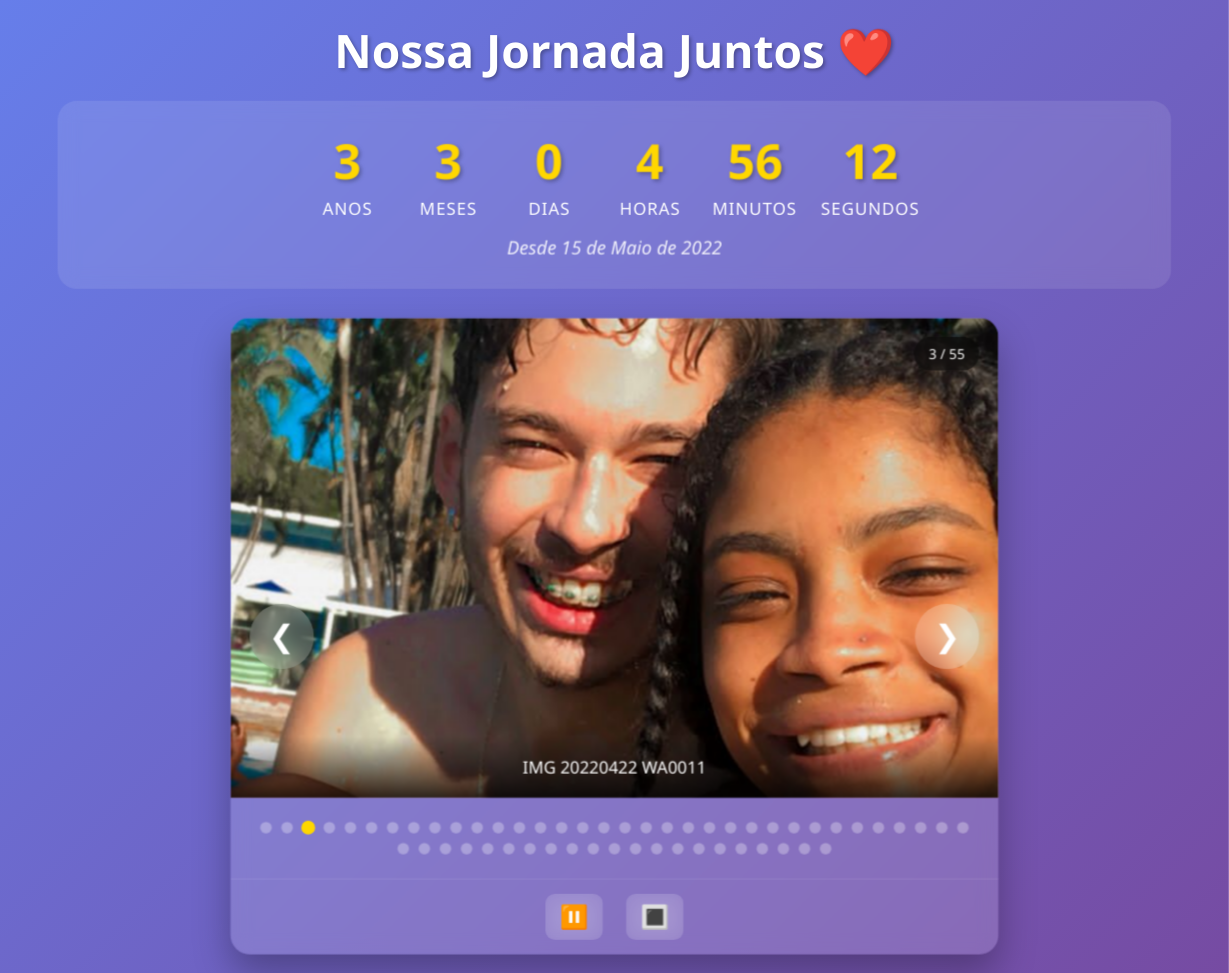
Repository: yan-luca/vic-yan
Page: index.html
An editor plug-in stored every save of this project. The page is shown before and after the next save, followed by the edit.
The browser window is 1280 px wide. The pictures show the whole page, at 96% of full size.

Above is the page before, as saved 2025-08-15 00:37:24.

### index.html
<!DOCTYPE html>
<html lang="pt-BR">
<head>
    <meta charset="UTF-8">
    <meta name="viewport" content="width=device-width, initial-scale=1.0">
    <title>Nossa Jornada - Vic & Yan</title>
    <link rel="stylesheet" href="style.css">
</head>
<body>
    <div class="container">
        <header>
            <h1>Nossa Jornada Juntos ❤️</h1>
            <div class="counter-container">
                <div class="counter">
                    <div class="counter-item">
                        <span id="years" class="counter-number">0</span>
                        <span class="counter-label">Anos</span>
                    </div>
                    <div class="counter-item">
                        <span id="months" class="counter-number">0</span>
                        <span class="counter-label">Meses</span>
                    </div>
                    <div class="counter-item">
                        <span id="days" class="counter-number">0</span>
                        <span class="counter-label">Dias</span>
                    </div>
                    <div class="counter-item">
                        <span id="hours" class="counter-number">0</span>
                        <span class="counter-label">Horas</span>
                    </div>
                    <div class="counter-item">
                        <span id="minutes" class="counter-number">0</span>
                        <span class="counter-label">Minutos</span>
                    </div>
                    <div class="counter-item">
                        <span id="seconds" class="counter-number">0</span>
                        <span class="counter-label">Segundos</span>
                    </div>
                </div>
                <p class="start-date">Desde 15 de Maio de 2022</p>
            </div>
        </header>

        <main>
            <div class="slideshow-container">
                <div class="slides-wrapper" id="slidesWrapper">
                    <!-- As imagens serão carregadas dinamicamente aqui -->
                </div>

                <button class="nav-btn prev" id="prevBtn" onclick="changeSlide(-1)">❮</button>
                <button class="nav-btn next" id="nextBtn" onclick="changeSlide(1)">❯</button>

                <div class="slide-counter">
                    <span id="currentSlide">1</span> / <span id="totalSlides">0</span>
                </div>

                <div class="dots-container" id="dotsContainer">
                    <!-- Os pontos indicadores serão criados dinamicamente -->
                </div>

                <div class="controls">
                    <button id="playPauseBtn" onclick="toggleAutoplay()">⏸️</button>
                    <button onclick="toggleFullscreen()">🔳</button>
                </div>
            </div>

            <div class="loading" id="loading">
                <p>Carregando fotos...</p>
            </div>

            <div class="no-images" id="noImages" style="display: none;">
                <h3>📷 Como adicionar suas fotos no GitHub Pages:</h3>
                <div class="instructions">
                    <p><strong>⚠️ Importante:</strong> O GitHub Pages requer lista manual das imagens por segurança.</p>

                    <p><strong>📝 Passo a passo:</strong></p>
                    <ol>
                        <li>Faça upload das suas fotos para a pasta <code>images/</code></li>
                        <li>Abra o arquivo <code>script.js</code> para editar</li>
                        <li>Procure por <code>const imageList = [</code></li>
                        <li>Adicione os nomes das suas fotos:</li>
                    </ol>

                    <div class="code-example">
                        <strong>Exemplo:</strong><br>
                        <code>const imageList = [</code><br>
                        <code>&nbsp;&nbsp;&nbsp;&nbsp;'nossa-primeira-foto.jpg',</code><br>
                        <code>&nbsp;&nbsp;&nbsp;&nbsp;'viagem-praia.png',</code><br>
                        <code>&nbsp;&nbsp;&nbsp;&nbsp;'aniversario-2023.jpeg'</code><br>
                        <code>];</code>
                    </div>

                    <p><strong>🔄 Depois:</strong> Faça commit e push das mudanças</p>
                </div>
                <p class="formats">Formatos suportados: JPG, JPEG, PNG, GIF, WebP</p>
            </div>
        </main>
    </div>

    <script src="script.js"></script>
</body>
</html>

### script.js
// Configurações
const startDate = new Date('2022-05-15T00:00:00-03:00'); // Horário de Brasília (UTC-3)
let currentSlideIndex = 0;
let slides = [];
let isAutoplay = true;
let autoplayInterval;
const autoplayDelay = 2000; // 2 segundos

// Formatos de imagem suportados
const imageFormats = ['jpg', 'jpeg', 'png', 'gif', 'webp'];

// IMPORTANTE: No GitHub Pages, você DEVE listar manualmente suas imagens aqui
// O GitHub Pages não permite descoberta automática de arquivos por segurança
const imageList = [
    // Suas fotos (organizadas cronologicamente):
    '20220330_205428.jpg',
    'IMG-20220412-WA0014.jpg',
    'IMG-20220422-WA0011.jpg',
    'IMG-20220424-WA0016.jpg',
    'IMG-20220501-WA0048.jpg',
    'IMG-20220610-WA0003.jpg',
    'IMG-20220619-WA0008.jpg',
    'IMG-20220626-WA0062.jpg',
    'IMG-20220626-WA0071.jpg',
    'IMG-20220724-WA0056.jpg',
    'IMG-20220818-WA0011.jpg',
    '20220912_113155.jpg',
    '20220912_141717.jpg',
    'IMG-20220925-WA0011.jpg',
    'IMG-20221030-WA0012.jpg',
    'IMG-20221201-WA0009.jpg',
    'IMG-20221203-WA0001.jpg',
    '20230128_180709.jpg',
    'IMG-20230216-WA0000.jpg',
    '20230506_192135.jpg',
    '20230521_122653.jpg',
    '20230603_172531.jpg',
    '20230608_000824.jpg',
    '20230707_173940.jpg',
    '20230714_174535.jpg',
    '20230714_174624(0).jpg',
    '20230714_175502.jpg',
    '20230715_223103.jpg',
    '20230716_163837.jpg',
    '20230716_164612.jpg',
    '20230822_182113.jpg',
    '20230823_160356.jpg',
    '20230917_160911.jpg',
    '20230917_164506.jpg',
    '20230928_182321.jpg',
    '20231224_211740.jpg',
    '20240215_161409.jpg',
    '20240215_163658.jpg',
    '20240215_164804.jpg',
    '20240510_144636.jpg',
    'Screenshot_20240515_131250_Photos.jpg',
    'Screenshot_20240515_131302_Photos.jpg',
    '20240612_190503.jpg',
    '20240615_191854.jpg',
    '20240817_175401.jpg',
    '20240817_175604.jpg',
    '20240824_204941.jpg',
    '20240924_184110.jpg',
    '20240924_184135.jpg',
    '20241025_224054.jpg',
    '20241201_185904.jpg',
    '20250322_204125.jpg',
    '20250522_200536.jpg',
    '20250612_185640.jpg',
    '20250716_202833.jpg'

    // ⚠️  ATENÇÃO: Se deixar vazio, a página mostrará as instruções de como adicionar fotos
];

// Inicialização
document.addEventListener('DOMContentLoaded', function() {
    updateCounter();
    loadImages();

    // Atualizar contador a cada segundo
    setInterval(updateCounter, 1000);

    // Controles de teclado
    document.addEventListener('keydown', handleKeyPress);
});

// Função para atualizar o contador de tempo
function updateCounter() {
    // Obter horário atual de Brasília (UTC-3)
    const now = new Date();
    const brasiliaTime = new Date(now.getTime() - (now.getTimezoneOffset() * 60000) - (3 * 60 * 60 * 1000));

    const diff = brasiliaTime - startDate;

    const years = Math.floor(diff / (365.25 * 24 * 60 * 60 * 1000));
    const months = Math.floor((diff % (365.25 * 24 * 60 * 60 * 1000)) / (30.44 * 24 * 60 * 60 * 1000));
    const days = Math.floor((diff % (30.44 * 24 * 60 * 60 * 1000)) / (24 * 60 * 60 * 1000));
    const hours = Math.floor((diff % (24 * 60 * 60 * 1000)) / (60 * 60 * 1000));
    const minutes = Math.floor((diff % (60 * 60 * 1000)) / (60 * 1000));
    const seconds = Math.floor((diff % (60 * 1000)) / 1000);

    document.getElementById('years').textContent = years;
    document.getElementById('months').textContent = months;
    document.getElementById('days').textContent = days;
    document.getElementById('hours').textContent = hours;
    document.getElementById('minutes').textContent = minutes;
    document.getElementById('seconds').textContent = seconds;
}

// Função para carregar imagens
async function loadImages() {
    const slidesWrapper = document.getElementById('slidesWrapper');
    const loading = document.getElementById('loading');
    const noImages = document.getElementById('noImages');

    try {
        // No GitHub Pages, só funciona com lista manual
        if (imageList.length === 0) {
            loading.style.display = 'none';
            noImages.style.display = 'block';
            return;
        }

        // Carregar e validar imagens da lista manual
        for (const imageName of imageList) {
            await loadImage(imageName);
        }

        if (slides.length === 0) {
            loading.style.display = 'none';
            noImages.style.display = 'block';
            return;
        }

        loading.style.display = 'none';
        setupSlideshow();

    } catch (error) {
        console.error('Erro ao carregar imagens:', error);
        loading.style.display = 'none';
        noImages.style.display = 'block';
    }
}

// Função para carregar uma imagem específica
function loadImage(imageName) {
    return new Promise((resolve) => {
        const img = new Image();

        img.onload = function() {
            slides.push({
                src: `images/${imageName}`,
                name: imageName,
                caption: getImageCaption(imageName)
            });
            resolve();
        };

        img.onerror = function() {
            console.warn(`❌ Imagem não encontrada: images/${imageName}`);
            console.warn('💡 Verifique se o nome está correto e se o arquivo existe na pasta images/');
            resolve();
        };

        img.src = `images/${imageName}`;
    });
}

// Função para gerar legenda da imagem
function getImageCaption(imageName) {
    // Remove a extensão e formata o nome
    const nameWithoutExtension = imageName.replace(/\.[^/.]+$/, "");
    return nameWithoutExtension.replace(/[_-]/g, ' ').replace(/^\w/, c => c.toUpperCase());
}

// Função para configurar o slideshow
function setupSlideshow() {
    const slidesWrapper = document.getElementById('slidesWrapper');
    const dotsContainer = document.getElementById('dotsContainer');

    // Limpar conteúdo existente
    slidesWrapper.innerHTML = '';
    dotsContainer.innerHTML = '';

    // Criar slides
    slides.forEach((slide, index) => {
        // Criar slide
        const slideDiv = document.createElement('div');
        slideDiv.className = 'slide';
        slideDiv.innerHTML = `
            <img src="${slide.src}" alt="${slide.caption}" loading="lazy">
            <div class="slide-caption">${slide.caption}</div>
        `;
        slidesWrapper.appendChild(slideDiv);

        // Criar dot
        const dot = document.createElement('span');
        dot.className = 'dot';
        dot.onclick = () => goToSlide(index);
        dotsContainer.appendChild(dot);
    });

    // Atualizar contador total
    document.getElementById('totalSlides').textContent = slides.length;

    // Mostrar primeiro slide
    showSlide(0);

    // Iniciar autoplay
    if (isAutoplay) {
        startAutoplay();
    }
}

// Função para mostrar slide específico
function showSlide(index) {
    const slideElements = document.querySelectorAll('.slide');
    const dots = document.querySelectorAll('.dot');

    // Esconder todos os slides
    slideElements.forEach(slide => slide.classList.remove('active'));
    dots.forEach(dot => dot.classList.remove('active'));

    // Mostrar slide atual
    if (slideElements[index]) {
        slideElements[index].classList.add('active');
        dots[index].classList.add('active');
    }

    currentSlideIndex = index;
    document.getElementById('currentSlide').textContent = index + 1;
}

// Função para ir para slide específico
function goToSlide(index) {
    showSlide(index);
    restartAutoplay();
}

// Função para mudar slide
function changeSlide(direction) {
    const newIndex = currentSlideIndex + direction;

    if (newIndex >= slides.length) {
        showSlide(0);
    } else if (newIndex < 0) {
        showSlide(slides.length - 1);
    } else {
        showSlide(newIndex);
    }

    restartAutoplay();
}

// Função para iniciar autoplay
function startAutoplay() {
    if (slides.length <= 1) return;

    autoplayInterval = setInterval(() => {
        changeSlide(1);
    }, autoplayDelay);
}

// Função para parar autoplay
function stopAutoplay() {
    if (autoplayInterval) {
        clearInterval(autoplayInterval);
        autoplayInterval = null;
    }
}

// Função para reiniciar autoplay
function restartAutoplay() {
    stopAutoplay();
    if (isAutoplay) {
        startAutoplay();
    }
}

// Função para alternar autoplay
function toggleAutoplay() {
    isAutoplay = !isAutoplay;
    const button = document.getElementById('playPauseBtn');

    if (isAutoplay) {
        startAutoplay();
        button.textContent = '⏸️';
    } else {
        stopAutoplay();
        button.textContent = '▶️';
    }
}

// Função para alternar fullscreen
function toggleFullscreen() {
    const slideshow = document.querySelector('.slideshow-container');

    if (!document.fullscreenElement) {
        slideshow.requestFullscreen().catch(err => {
            console.log(`Erro ao entrar em fullscreen: ${err.message}`);
        });
        slideshow.classList.add('fullscreen');
    } else {
        document.exitFullscreen();
        slideshow.classList.remove('fullscreen');
    }
}

// Função para lidar com teclas pressionadas
function handleKeyPress(e) {
    switch(e.key) {
        case 'ArrowLeft':
            changeSlide(-1);
            break;
        case 'ArrowRight':
            changeSlide(1);
            break;
        case ' ':
            e.preventDefault();
            toggleAutoplay();
            break;
        case 'f':
        case 'F':
            toggleFullscreen();
            break;
        case 'Escape':
            if (document.fullscreenElement) {
                document.exitFullscreen();
                document.querySelector('.slideshow-container').classList.remove('fullscreen');
            }
            break;
    }
}

// Detectar saída do fullscreen
document.addEventListener('fullscreenchange', () => {
    const slideshow = document.querySelector('.slideshow-container');
    if (!document.fullscreenElement) {
        slideshow.classList.remove('fullscreen');
    }
});

// Pausar autoplay quando a aba não estiver ativa
document.addEventListener('visibilitychange', () => {
    if (document.hidden) {
        stopAutoplay();
    } else if (isAutoplay) {
        startAutoplay();
    }
});

// Pausar autoplay ao passar o mouse sobre o slideshow
document.addEventListener('DOMContentLoaded', function() {
    const slideshow = document.querySelector('.slideshow-container');

    slideshow.addEventListener('mouseenter', () => {
        if (isAutoplay) stopAutoplay();
    });

    slideshow.addEventListener('mouseleave', () => {
        if (isAutoplay) startAutoplay();
    });
});

Loaded but not shown: style.css (410 lines, source omitted)

After the next save:
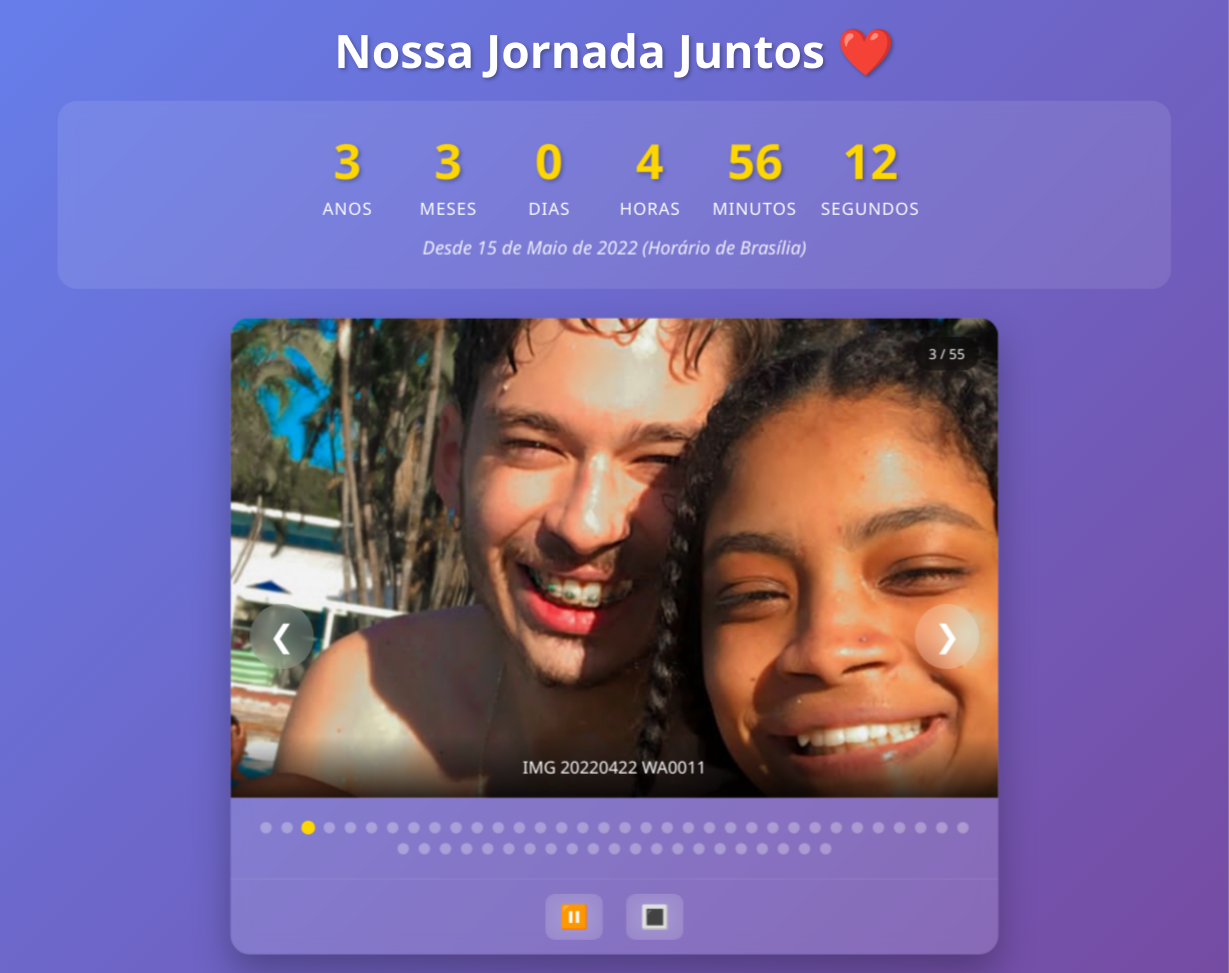
Saved 8 s later.
--- a/index.html
+++ b/index.html
@@ -37,7 +37,7 @@
                         <span class="counter-label">Segundos</span>
                     </div>
                 </div>
-                <p class="start-date">Desde 15 de Maio de 2022</p>
+                <p class="start-date">Desde 15 de Maio de 2022 (Horário de Brasília)</p>
             </div>
         </header>
 

After the 2 saves that followed:
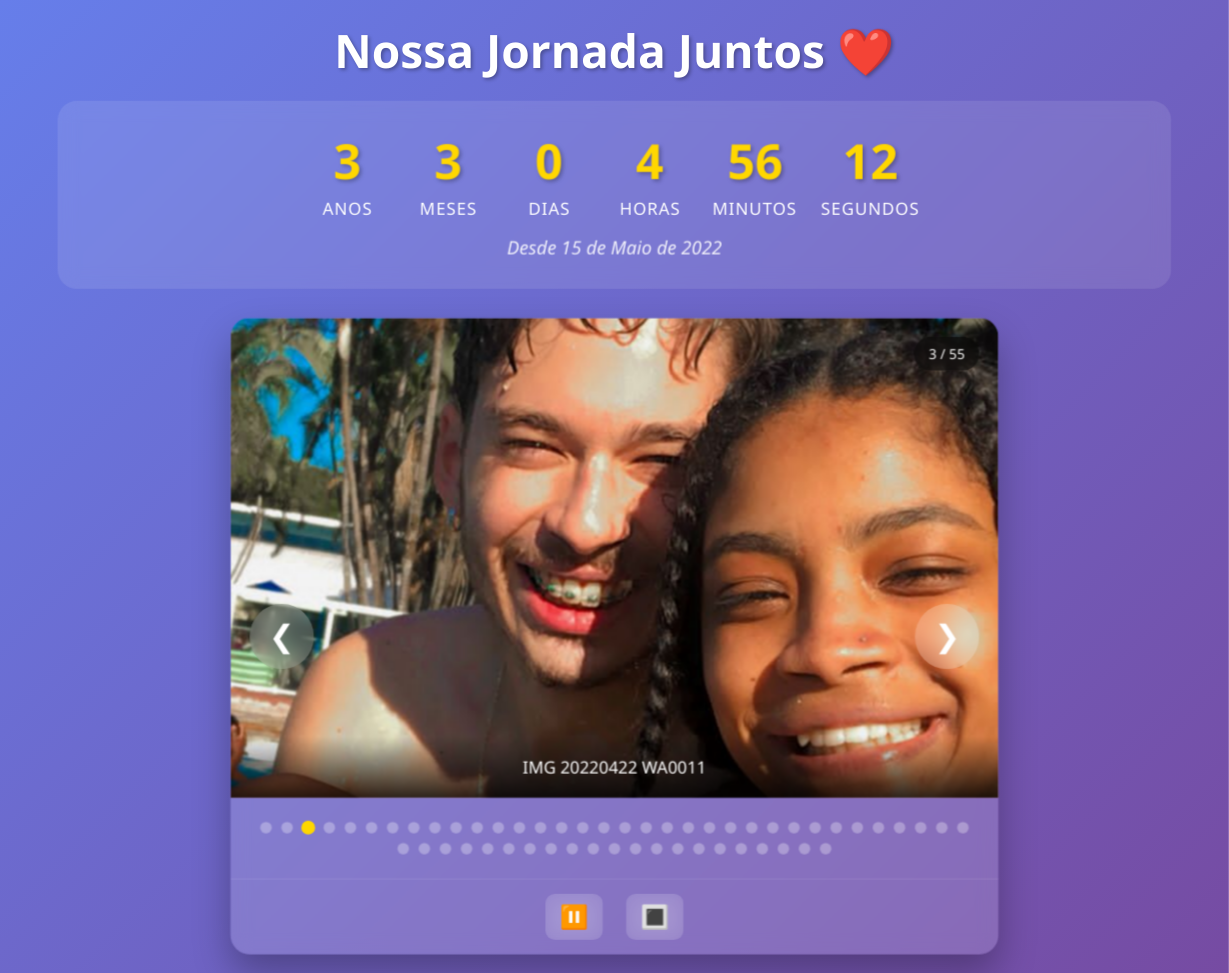
The 2 saves are shown as one change because 1 left the picture as it was.
The last was saved 92 s later.
--- a/index.html
+++ b/index.html
@@ -37,7 +37,7 @@
                         <span class="counter-label">Segundos</span>
                     </div>
                 </div>
-                <p class="start-date">Desde 15 de Maio de 2022 (Horário de Brasília)</p>
+                <p class="start-date">Desde 15 de Maio de 2022</p>
             </div>
         </header>
 
--- a/script.js
+++ b/script.js
@@ -86,9 +86,13 @@ document.addEventListener('DOMContentLoaded', function() {
 
 // Função para atualizar o contador de tempo
 function updateCounter() {
-    // Obter horário atual de Brasília (UTC-3)
+    // Obter horário atual em UTC e depois converter para Brasília (UTC-3)
     const now = new Date();
-    const brasiliaTime = new Date(now.getTime() - (now.getTimezoneOffset() * 60000) - (3 * 60 * 60 * 1000));
+
+    // Converter para horário de Brasília (UTC-3)
+    const brasiliaOffset = -3 * 60; // -3 horas em minutos
+    const utc = now.getTime() + (now.getTimezoneOffset() * 60000);
+    const brasiliaTime = new Date(utc + (brasiliaOffset * 60000));
 
     const diff = brasiliaTime - startDate;
 
